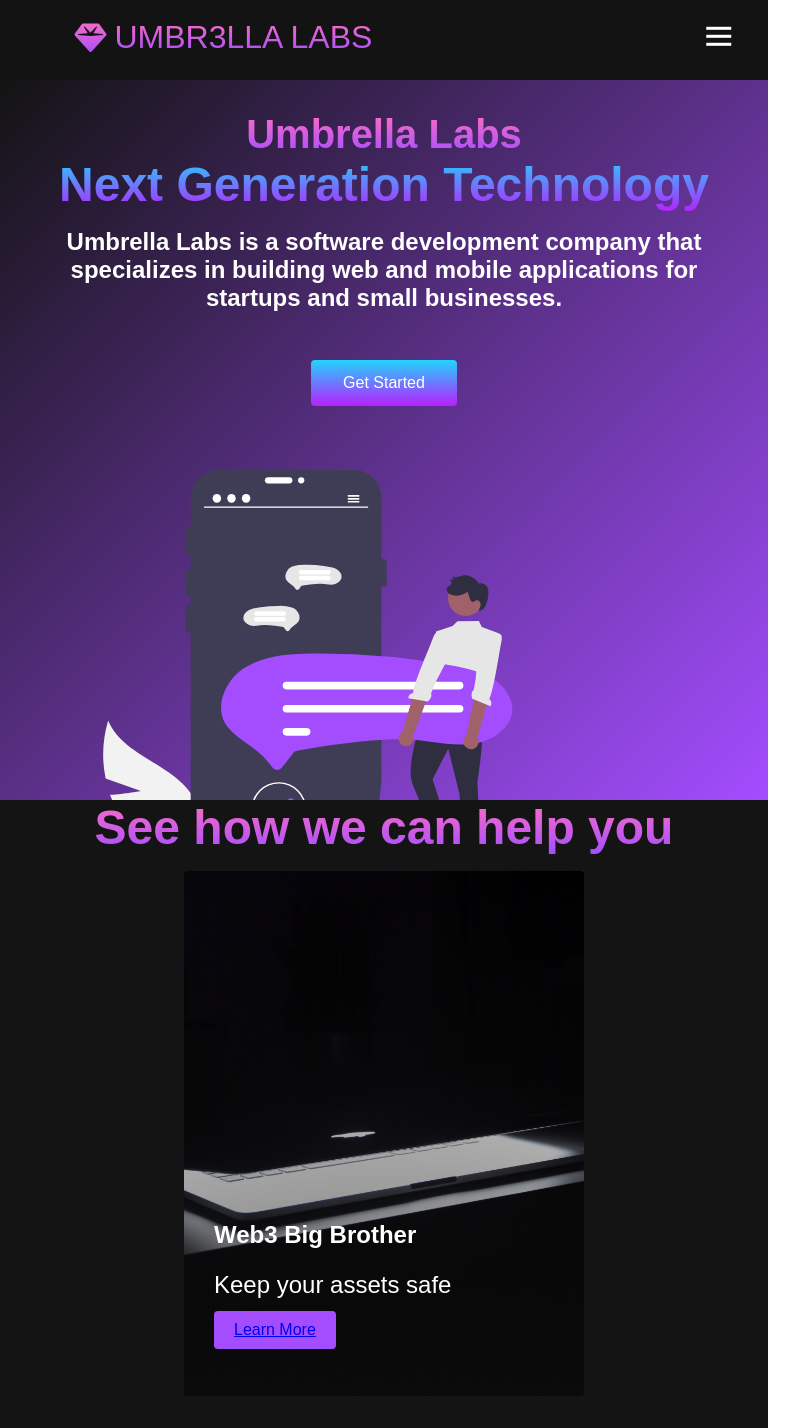
Repository: MikeeBuilds/umbr3lla
Page: index.html
The author's editor kept a copy of each file at every save. The page is drawn from the files as they stood at one save, then again after a run of saves.
The browser window is 768 px wide. The page is 792 px wide, so the pictures cover 792 px, including what lies to the right of the window. The pictures show the part of the page from y = 0 to 1428 px (the page is 2100 px tall).
Pictures or frames that could not be fetched are drawn as grey boxes. Some web fonts or font styles are not loaded; a fallback is used. Some web libraries are served in a nearby version.

Above is the page before, as saved 2023-05-27 21:10:13.

### index.html
<!DOCTYPE html>
<html lang="en">
  <head>
    <meta charset="UTF-8" />
    <meta http-equiv="X-UA-Compatible" content="IE=edge" />
    <meta name="viewport" content="width=device-width, initial-scale=1.0" />
    <title>Umbr3lla Labs</title>
    <link
      rel="stylesheet"
      href="https://cdnjs.cloudflare.com/ajax/libs/font-awesome/5.15.3/css/all.min.css"
    />

    <link rel="stylesheet" href="styles.css" />
    <script src="https://kit.fontawesome.com/f8f61e487a.js" crossorigin="anonymous"></script>
    <link rel="stylesheet" href="https://fonts.goggleapis.com/css2?family=Kumbh+Sans:wght@400;700&display=swap">
  </head>
  <body>
    <!-- Navbar Section -->
    <nav class="navbar">
      <div class="navbar__container">
        <a href="/" id="navbar__logo">

          <i class="fas fa-gem "></i>  UMBR3LLA LABS</a>
        <div class="navbar__toggle" id="mobile-menu">
          <span class="bar"></span>
          <span class="bar"></span>
          <span class="bar"></span>
        </div>

        <ul class="navbar__menu">
          <li class="navbar__item">
            <a href="/" class="navbar__links"> Home </a>
          </li>
          <li class="navbar__item">
            <a href="/tech.html" class="navbar__links"> Tech </a>
          </li>
          <li class="navbar__item">
            <a href="/" class="navbar__links"> Products </a>
          </li>
          <li class="navbar__btn">
            <a href="/" class="button"> Sign Up </a>
          </li>
        </ul>
      </div>
    </nav>

    <!-- Hero Section -->
    <div class="main">
        <div class="main__container">
            <div class="main__content">
                <h1>Umbrella Labs</h1>
                <h2>
                    Next Generation Technology
                </h2>
                <p>Umbrella Labs is a software development company that specializes in building web and mobile applications for startups and small businesses.</p>
                <button class="main__btn"><a href="/">Get Started</a></button>
            </div>
            <div class="main__img--container">
                <img src="images/pic1.svg" alt="pic" id="main__img">
        </div>
    </div>

    <!-- Services Section -->
    <div class="services">
        <h1>See how we can help you</h1>
        <div class="services__container">
            <div class="services__card">
                <h2>Web3 Big Brother</h2>
                <p>
                    Keep your assets safe
                </p>
                <button class="services__btn"><a href="/">Learn More</a></button>
            </div>
            <div class="services__card">
                <h2>
                    Need
                    <br/>
                    a developer?

                </h2>
                <p>
                    We can build your next project
                </p>
                <button class="services__btn"><a href="/">
                    Contact Us
                </a></button>
            </div>
        </div>
    </div>


    <script src="app.js"></script>
  </body>
</html>

### styles.css
* {
    box-sizing: border-box;
    margin: 0;
    padding: 0;
    font-family: 'Kumbh Sans', sans-serif;
}

.navbar {
    background: #131313;
    height: 80px;
    display: flex;
    justify-content: center;
    align-items: center;
    font-size: 1.2rem;
    position: sticky;
    top: 0;
    z-index: 999;
}

.navbar__container {
    display: flex;
    justify-content: space-between;
    height: 80px;
    z-index: 1;
    width: 100%;
    max-width: 1300px;
    margin: 0 auto;
    padding: 0 50px;
}

#navbar__logo {
    background-color: #ff8177;
    background-image: linear-gradient(to top,  #a34dff, #ff6ec4);
    background-size: 100%;
    -webkit-background-clip: text;
    -moz-background-clip: text;
    -webkit-text-fill-color: transparent;
    -moz-text-fill-color: transparent;
    display: flex;
    align-items: center;
    cursor: pointer;
    text-decoration: none;
    font-size: 2rem;
}

.fa-gem {
    margin-right: 0.5rem;
}

.navbar__menu {
    display: flex;
    align-items: center;
    list-style: none;
    text-align: center;
}

.navbar__item {
    height: 80px;
}

.navbar__links {
    color: #fff;
    display: flex;
    align-items: center;
    text-decoration: none;
    padding: 0.5rem 1rem;
    height: 100%;
}

.navbar__btn {
    display: flex;
    align-items: center;
    justify-content: center;
    padding: 0 1rem;
    width: 100%;
    height: 100%;
    border: none;
    outline: none;
}

.button {
    border-radius: 4px;
    background: linear-gradient(135deg, #a34dff, #ff6ec4);
    padding: 10px 22px;
    color: #fff;
    font-size: 16px;
    outline: none;
    border: none;
    cursor: pointer;
    transition: all 0.2s ease-in-out;
    text-decoration: none;
}

.button:hover {
    transition: all 0.2s ease-in-out;
    background: linear-gradient(135deg, #ff6ec4, #a34dff);
    color: #fff;
}

.navbar__links:hover {
    color: #ff6ec4;
    transition: all 0.3s ease;
}



@media screen and (max-width: 960px) {
    .navbar__container {
        display: flex;
        justify-content: space-between;
        height: 80px;
        z-index: 1;
        width: 100%;
        max-width: 1300px;
        padding: 0 24px;
    }


    .navbar__menu {
        display: grid;
        grid-template-columns: auto;
        margin: 16px 0;
        width: 100%;
        position: absolute;
        top: -1000px;
        opacity: 0;
        transition: all 0.5s ease;
        height: 50vh;
        z-index: 1;
    }

    .navbar__menu.active {
        background: #131313;
        top: 100%;
        opacity: 1;
        transition: all 0.5s ease;
        z-index: 1;
        height: 50vh;
        font-size: 1.6rem;
    }

    #navbar__logo {
        display: flex;
        justify-content: start;
        position: absolute;
        top: 0;
        left: 0;
        transform: translate(25%, 50%);
    }

    .navbar__toggle .bar {
        width: 25px;
        height: 3px;
        margin: 5px auto;
        transition: all 0.3s ease-in-out;
        background: #fff;
    }

    .navbar__item {
        width: 100%;
    }

    .navbar__links {
        text-align: center;
        padding: 2rem;
        width: 100%;
        display: table;
    }

    #mobile-menu {
        position: absolute;
        top: 20%;
        right: 5%;
        transform: translate(5%, 20%);
    }

    .navbar__btn {
        padding: 2rem;
    }

    .button {
        display: flex;
        justify-content: center;
        align-items: center;
        width: 80%;
        height: 80px;
        margin: 0;
    }

    .navbar__toggle .bar {
        display: block;
        cursor: pointer;
    }

    #mobile-menu.is-active .bar:nth-child(2) {
        opacity: 0;
    }

    #mobile-menu.is-active .bar:nth-child(1) {
        transform: translateY(8px) rotate(45deg);
    }

    #mobile-menu.is-active .bar:nth-child(3) {
        transform: translateY(-8px) rotate(-45deg);
    }


}

/* Hero Section CSS */

.main {
    background: #131313;
    height: 100vh;
    max-height: 1100px;
    position: relative;
}

.main__container {
    display: grid;
    grid-template-columns: 1fr 1fr;
    justify-self: center;
    margin: 0 auto;
    height: 90vh;
    align-items: center;
    background: linear-gradient(135deg, #131313 0%, #a34dff 100%);
    z-index: 1;
    width: 100%;
    max-width: 1300px;
    padding: 0 50px;
}


.main__content h1 {
    font-size: 4rem;
    background-color: #a34dff;
    background-image: linear-gradient(to top,  #a34dff, #ff6ec4);
    background-size: 100%;
    -webkit-background-clip: text;
    -moz-background-clip: text;
    -webkit-text-fill-color: transparent;
    -moz-text-fill-color: transparent;
}

.main__content h2 {
    font-size: 2rem;
    background-color: #a34dff;
    background-image: linear-gradient(to top,  #b721ff, #21d4fd);
    background-size: 100%;
    -webkit-background-clip: text;
    -moz-background-clip: text;
    -webkit-text-fill-color: transparent;
    -moz-text-fill-color: transparent;
}

.main__content p {
    margin: 1rem 0;
    font-size: 2rem;
    font-weight: 700;
    color: #fff;
}

.main__btn {
    font-size: 1rem;
    background-image: linear-gradient(to top, #b721ff 0%, #21d4fd 100%);
    padding: 14px 32px;
    border-radius: 4px;
    border: none;
    color: #fff;
    cursor: pointer;
    margin-top: 2rem;
    position: relative;
    transition: all 0.35s;
    outline: none;
}

.main__btn:hover {
    background-image: linear-gradient(to top, #21d4fd 0%, #b721ff 100%);
    transform: translateY(-2px);
    box-shadow: 0 10px 20px rgba(0, 0, 0, 0.2);
}

.main__btn a {
    position: relative;
    z-index: 2;
    color: #fff;
    text-decoration: none;
}

.main__btn::after {
    content: "";
    position: absolute;
    z-index: 1;
    top: 0;
    left: 0;
    width: 0%;
    height: 100%;
    background-image: linear-gradient(to top, #b721ff 0%, #21d4fd 100%);
    transition: all 0.35s;
    border-radius: 4px;
}

#main__img {
    height: 80%;
    width: 80%;
}

/* Mobile Responsive */

@media screen and (max-width: 768px) {
    .main__container {
        display: grid;
        grid-template-columns: auto;
        align-items: center;
        justify-self: center;
        margin: 0 auto;
        width: 100%;
        height: 90vh;
    }

    .main__content {
        margin-bottom: 4rem;
        text-align: center;
    }

    .main__content h1 {
        font-size: 2.5rem;
        margin-top: 2rem;
    }

    .main__content h2 {
        font-size: 3rem;
    }

    .main__content p {
        margin-top: 1rem;
        font-size: 1.5rem;
    }
}

@media screen and (max-width: 480px) {
    .main__content h1 {
        font-size: 2rem;
        margin-top: 3rem;
    }

    .main__content h2 {
        font-size: 2rem;
    }

    .main__content p {
        margin-top: 2rem;
        font-size: 1.5rem;
    }

    .main__btn {
        margin: 2.5rem 0;
        padding: 12px 36px;
    }
}

/* Services section css */

.services {
    background: #141414;
    display: flex;
    flex-direction: column;
    align-items: center;
    height: auto;
    max-height: 1300px;
    position: relative;
    overflow: hidden;
}

.services h1 {
    font-size: 3rem;
    background-color: #a34dff;
    background-image: linear-gradient(to top,  #a34dff, #ff6ec4);
    background-size: 100%;
    -webkit-background-clip: text;
    -moz-background-clip: text;
    -webkit-text-fill-color: transparent;
    -moz-text-fill-color: transparent;
}

.services__container {
    display: flex;
    justify-content: center;
    flex-wrap: wrap;
    margin: 0 auto;
    padding: 0 50px;
    width: 100%;
}

.services__card {
    margin: 1rem;
    height: 525px;
    width: 400px;
    border-radius: 4px;
    background-image: linear-gradient(to bottom, rgba(0,0,0,0) 0%, rgba(17,17,17,0.6) 100%), url('/images/pic3.jpg');
    background-size: cover;
    background-position: center;
    position: relative;
    color: #fff;
}

.services__card:nth-child(2) {
    background-image: linear-gradient(to bottom, rgba(0,0,0,0) 0%, rgba(17,17,17,0.6) 100%), url('/images/pic4.jpg');
}

.services h2 {
    position: absolute;
    top: 350px;
    left: 30px;
}

.services__card p {
    position: absolute;
    top: 400px;
    left: 30px;
    font-size: 1.5rem;
}

.services__card button {
    color: #fff;
    padding: 10px 20px;
    outline: none;
    border: none;
    border-radius: 4px;
    background: #a34dff;
    cursor: pointer;
    position: absolute;
    top: 440px;
    left: 30px;
    font-size: 1rem;
}

.services__card:hover {
    transform: scale(1.075);
    transition: all 0.35s;
    cursor: pointer;
}

@media screen and (max-width: 960px) {
    .services {
        height: 1600px;
    }

    .services
}

### app.js
const menu = document.querySelector('#mobile-menu')
const menuLinks = document.querySelector('.navbar__menu')

menu.addEventListener('click', function() {
    menu.classList.toggle('is-active')
    menuLinks.classList.toggle('active')
})

After the next 6 saves:
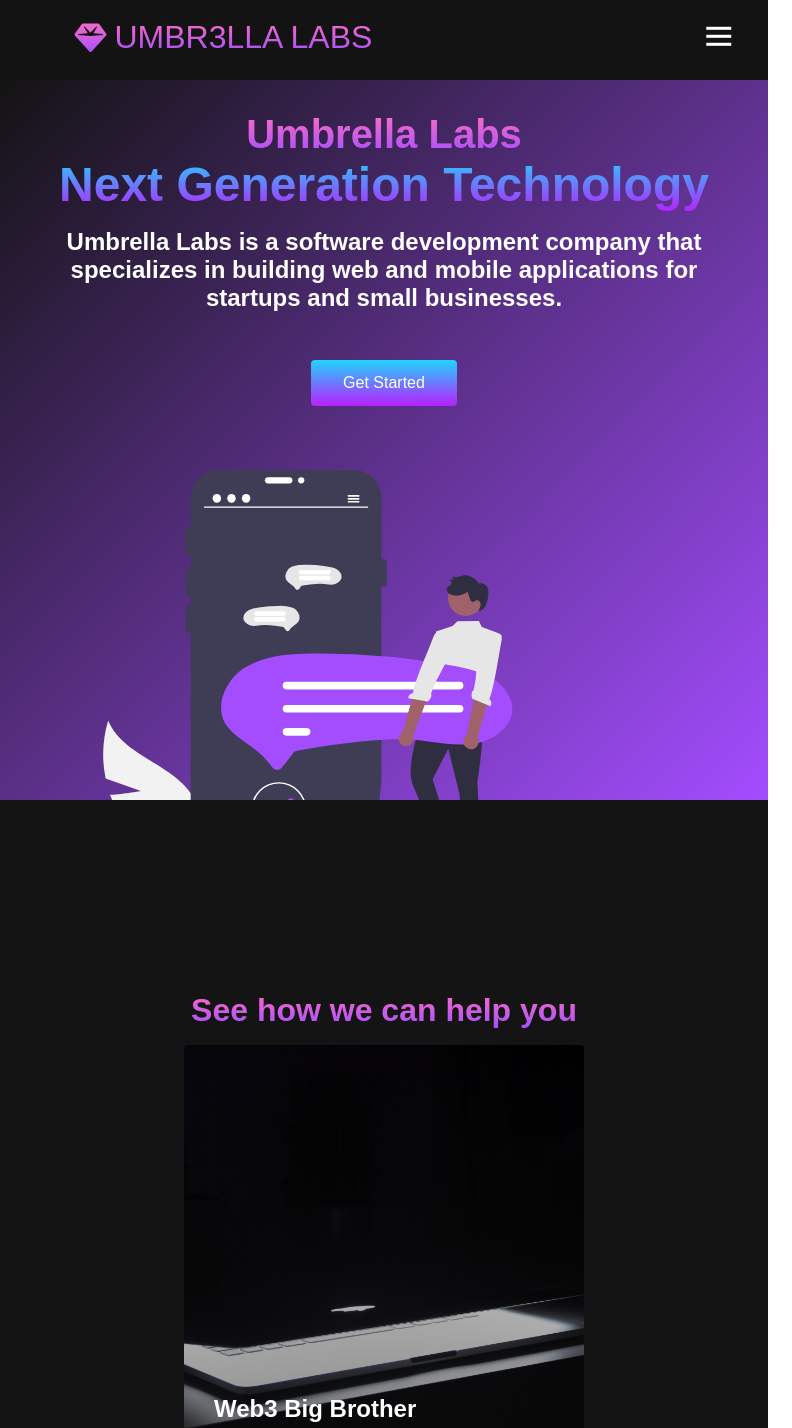
The 6 saves are shown as one change because they came seconds apart.
The last was saved 13 s later.
--- a/styles.css
+++ b/styles.css
@@ -446,5 +446,8 @@
         height: 1600px;
     }
 
-    .services
-}
+    .services h1 {
+        font-size: 2rem;
+        margin-top: 12rem;
+    }
+}
